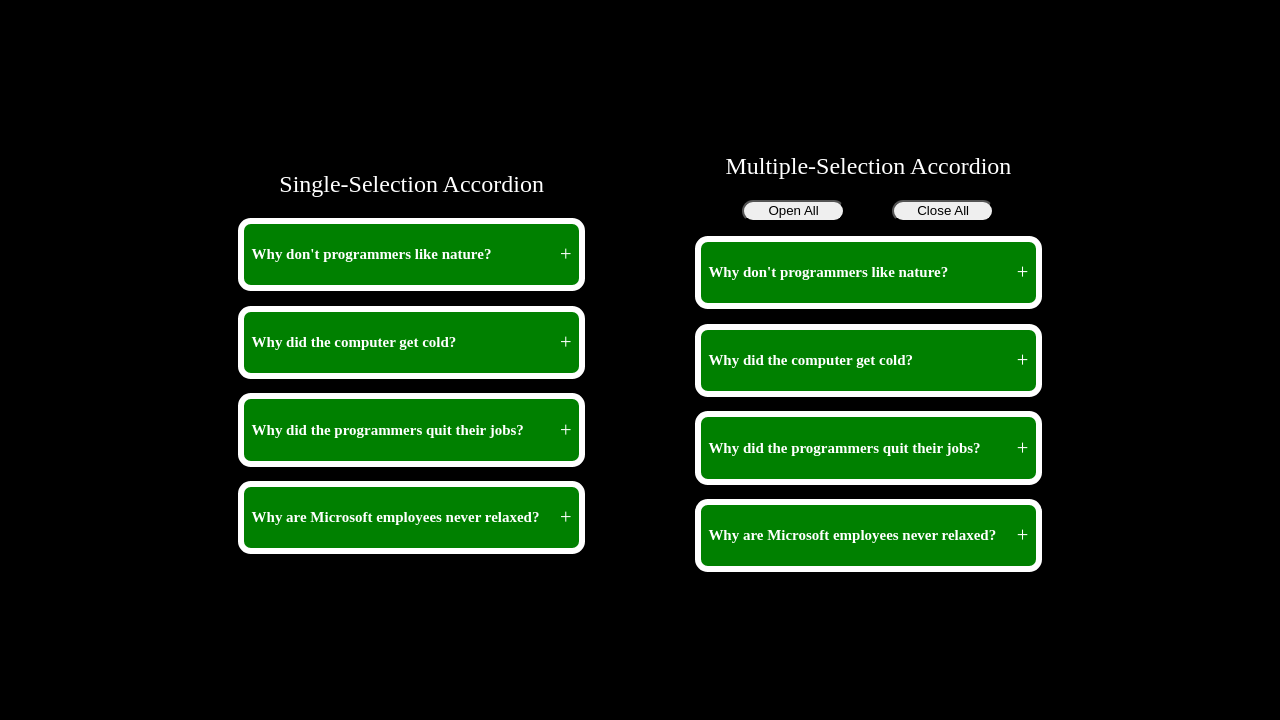
Repository: kosenijr/react-projects
Page: / (app in accordion/)
These files come from the project's save history. The page is drawn as it stood at one moment and after the next save; the edit follows.
The browser window is 1280 px wide. The pictures show the whole page.
The project was rebuilt for these pictures with package versions that can differ from the ones it lists, and the page was loaded fresh each time.

Above is the page before, as saved 2024-03-03 13:19:50.

### accordion/src/App.js
import React from "react";
import "./App.css";
import SingleSelection from "./components/SingleSelection";
import MultiSelection from "./components/MultiSelection";

function App() {
  return (
    <div className="App">
      <SingleSelection />
      <MultiSelection />
    </div>
  );
}

export default App;

### accordion/src/App.css
.App {
  height: 100vh;
  width: 100vw;
  justify-content: space-evenly;
  text-align: center;
  align-items: center;
  display: flex;
  background-color: black;
  color: white;
  padding: 0 auto;
}

### accordion/src/components/SingleSelection.js
import React, { useState } from "react";
import "../styles/SingleSelection.css";
import data from "../data";

function SingleSelection() {
  // setting up useState.
  const [selected, setSelected] = useState(null);
  // setting up handling
  const handleSingleSelection = (getCurrentId) => {
    console.log(selected, getCurrentId);
    // setSelected(getCurrentId === selected ? null : getCurrentId); // keep add condition for closure
    setSelected(selected !== getCurrentId ? getCurrentId : null);
  };

  return (
    <div className="single-selection-wrapper">
      {/* Single-Selection Accordion */}
      <div className="single-selection-accordion">
        <h2 className="single-selection-description">Single-Selection Accordion</h2>
        {data && data.length > 0 ? (
          data.map((dataItem) => (
            <div className="single-selection-item" key={dataItem.id} onClick={() => handleSingleSelection(dataItem.id)}>
              {/* always remember to add key */}
              <div className="single-selection-title">
                <h3>{dataItem.question}</h3>
                <span className="single-selection-span">{selected === dataItem.id ? "-" : "+"}</span>
              </div>
              {selected === dataItem.id ? (
                <div className="single-selection-content ">{dataItem.answer}</div>
              ) : null}
            </div>
          ))
        ) : (
          <div>No data found!</div>
        )}
      </div>
    </div>
  );
}

export default SingleSelection;

### accordion/src/components/MultiSelection.js
import React, { useState } from "react";
import "../styles/MultiSelection.css";
import data from "../data";

function MultiSelection() {
  // setting up useState.
  const [selected, setSelected] = useState(null);
  // setting up handling
  const handleMultiSelection = (getCurrentId) => {
    console.log(selected, getCurrentId);
    // setSelected(getCurrentId === selected ? null : getCurrentId); // keep add condition for closure
    setSelected(selected !== getCurrentId ? getCurrentId : null);
  };

  return (
    <div className="multi-selection-wrapper">
      {/* Multi-Selection Accordion */}
      <div className="multi-selection-accordion">
        <h2 className="multi-selection-description">
          Multiple-Selection Accordion
        </h2>
        <div className="multi-buttons-div">
          <button className="multi-open-button">Open All</button>
          <button className="multi-close-button">Close All</button>
        </div>
        {data && data.length > 0 ? (
          data.map((dataItem) => (
            <div
              className="multi-selection-item"
              key={dataItem.id}
              onClick={() => handleMultiSelection(dataItem.id)}
            >
              {/* always remember to add key */}
              <div className="multi-selection-title">
                <h3>{dataItem.question}</h3>
                <span className="multi-selection-span">
                  {selected === dataItem.id ? "-" : "+"}
                </span>
              </div>
              {selected === dataItem.id ? (
                <div className="multi-selection-content ">
                  {dataItem.answer}
                </div>
              ) : null}
            </div>
          ))
        ) : (
          <div>No data found!</div>
        )}
      </div>
    </div>
  );
}

export default MultiSelection;

### accordion/src/styles/SingleSelection.css
.single-selection-wrapper {
  display: flex;
  align-items: center;
  margin-left: 10vw;
}

.single-selection-description {
  font-family: "Raleway";
  font-weight: 500;
}

.single-selection-item {
  background-color: green;
  color: white;
  font-size: 0.8em;
  font-family: "Raleway", "Times New Roman";
  margin: 2vh 0;
  padding: 1vh;
  width: 25vw;
  border: 0.5em solid white;
  cursor: pointer;
  border-radius: 1em;

}

.single-selection-title {
  display: flex;
  justify-content: space-between;
  align-items: center;
}

.single-selection-span {
  font-size: 1.6em;;
}

.single-selection-content {
  display: flex;
  justify-content: space-between;
  color: burlywood;
  align-items: left;
  font-size: 1.2em;
  font-family:  "Raleway", "Times New Roman";
  font-weight: 600;

}

### accordion/src/data.js
const data = [
  {
    id: 1,
    question: "Why don't programmers like nature?",
    answer: "It has too many bugs!",
  },

  {
    id: 2,
    question: "Why did the computer get cold?",
    answer: "It left its Windows open.",
  },

  {
    id: 3,
    question: "Why did the programmers quit their jobs?",
    answer: "Because they didn't get arrays!",
  },

  {
    id: 4,
    question: "Why are Microsoft employees never relaxed?",
    answer: "Because they're always on Edge.",
  },
];

export default data;

### accordion/src/styles/MultiSelection.css
.multi-selection-wrapper {
  display: flex;
  align-items: center;
  margin-right: 10vw;
}

.multi-selection-description {
  font-family: "Raleway";
  font-weight: 500;
}

.multi-buttons-div {
display: flex;
justify-content: space-evenly;
}

.multi-open-button, .multi-close-button {
    height:3vh;
    width: 8vw;
    border-radius: 1em;
}

.multi-selection-item {
  background-color: green;
  color: white;
  font-size: 0.8em;
  font-family: "Raleway", "Times New Roman";
  margin: 2vh 0;
  padding: 1vh;
  width: 25vw;
  border: 0.5em solid white;
  cursor: pointer;
  border-radius: 1em;

}

.multi-selection-title {
  display: flex;
  justify-content: space-between;
  align-items: center;
}

.multi-selection-span {
  font-size: 1.6em;
}

.multi-selection-content {
  display: flex;
  justify-content: space-between;
  color: burlywood;
  align-items: left;
  font-size: 1.2em;
  font-family: "Raleway", "Times New Roman";
  font-weight: 600;
}

Loaded but not shown: accordion/public/index.html (common file); accordion/src/index.js (common file); accordion/src/index.css (common file); accordion/src/reportWebVitals.js (common file)

After the next save:
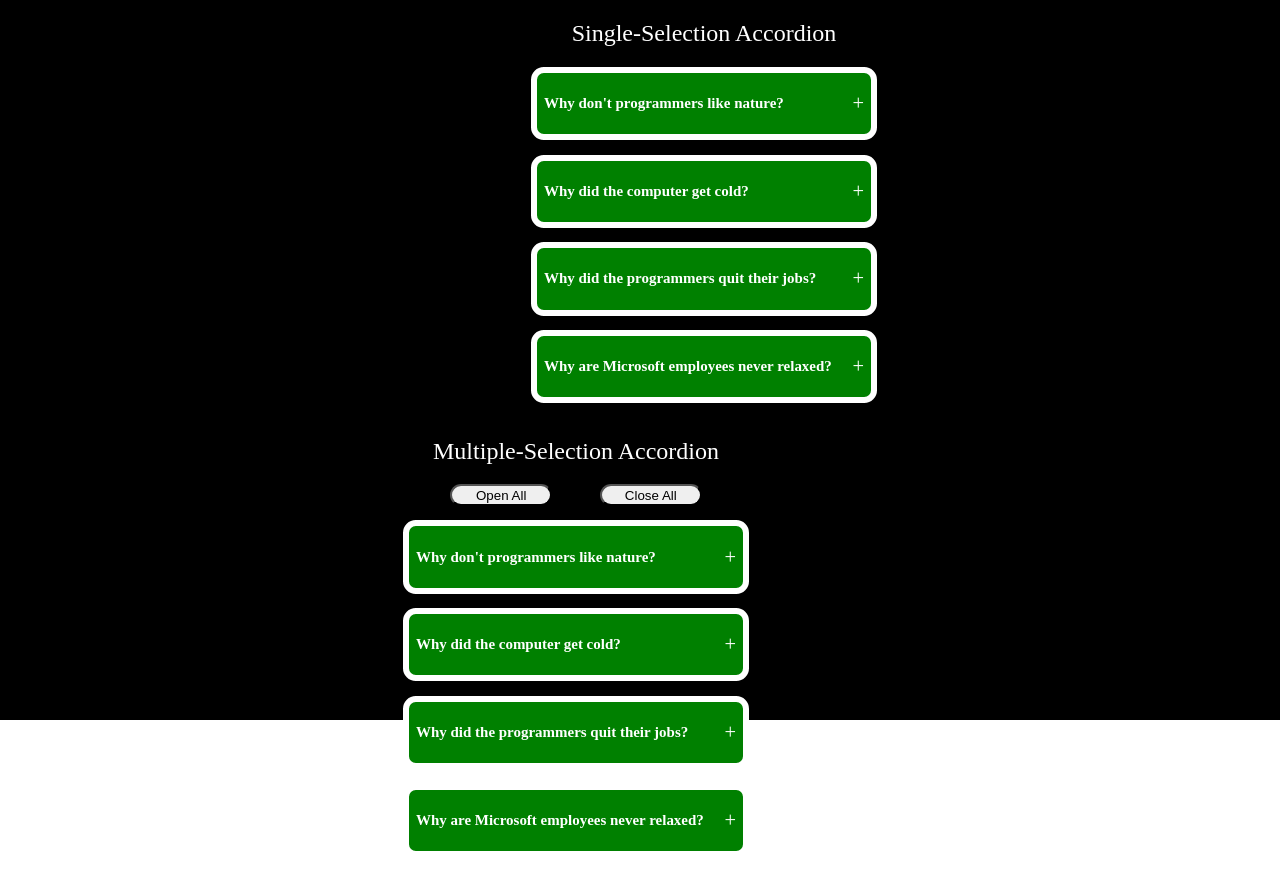
Saved 2 min 36 s later.
--- a/accordion/src/App.css
+++ b/accordion/src/App.css
@@ -1,10 +1,11 @@
 .App {
+  display: flex;
+  flex-direction: column;
   height: 100vh;
   width: 100vw;
   justify-content: space-evenly;
   text-align: center;
   align-items: center;
-  display: flex;
   background-color: black;
   color: white;
   padding: 0 auto;

After the save that followed:
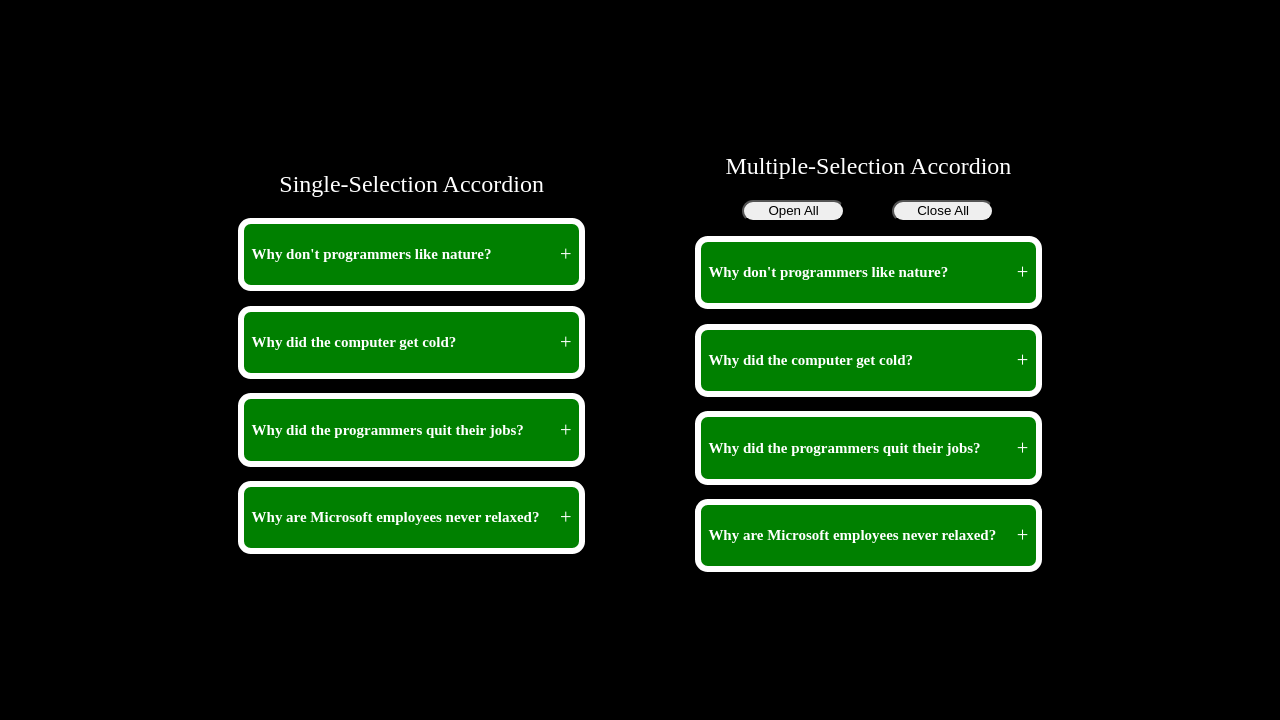
Saved 35 s later.
--- a/accordion/src/App.css
+++ b/accordion/src/App.css
@@ -1,6 +1,6 @@
 .App {
   display: flex;
-  flex-direction: column;
+  flex-direction: row;
   height: 100vh;
   width: 100vw;
   justify-content: space-evenly;
